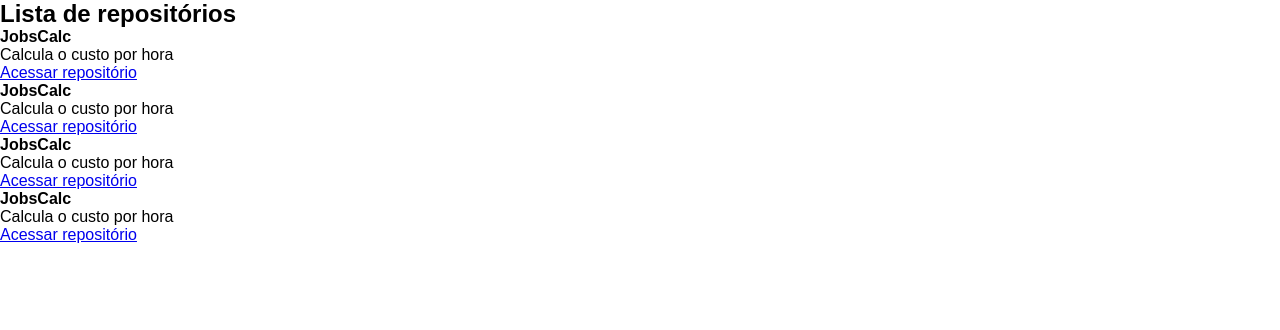
Repository: viniciusfg05/AnnotationReacts
Page: /
These files come from the project's save history. The page is drawn as it stood at one moment and after a run of saves; the edit follows.
The browser window is 1280 px wide. The pictures show the whole page.
The project was rebuilt for these pictures with package versions that can differ from the ones it lists, and the page was loaded fresh each time. Also part of the build but not shown: webpack.config.js.

Above is the page before, as saved 2022-02-17 15:11:20.

After the next 2 saves:
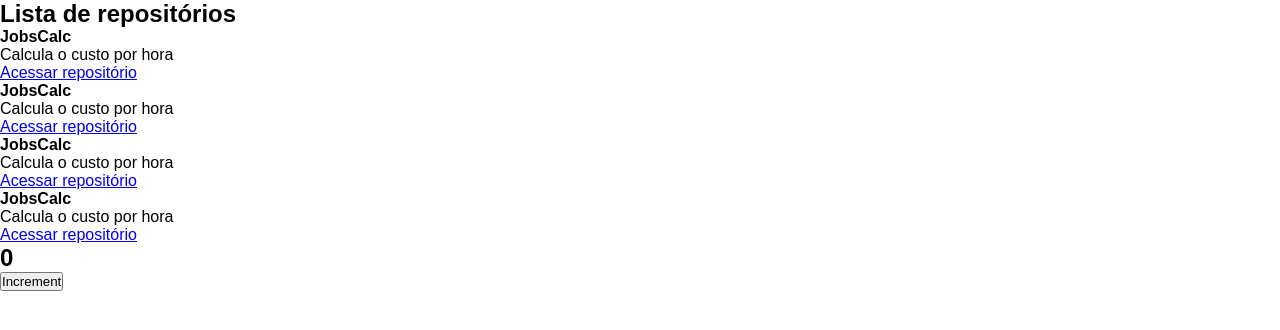
The 2 saves are shown as one change because 1 did not build or start.
The last was saved 100 s later.
--- a/src/App.jsx
+++ b/src/App.jsx
@@ -1,6 +1,12 @@
 import './styles/global.scss'
 import { RepositoryList } from './components/RepositoryList'
+import { Counter } from './components/Counter'
 
 export function App() {
-  return <RepositoryList />
+  return (
+    <div>
+      <RepositoryList />
+      <Counter />
+    </div>
+  )
 }
